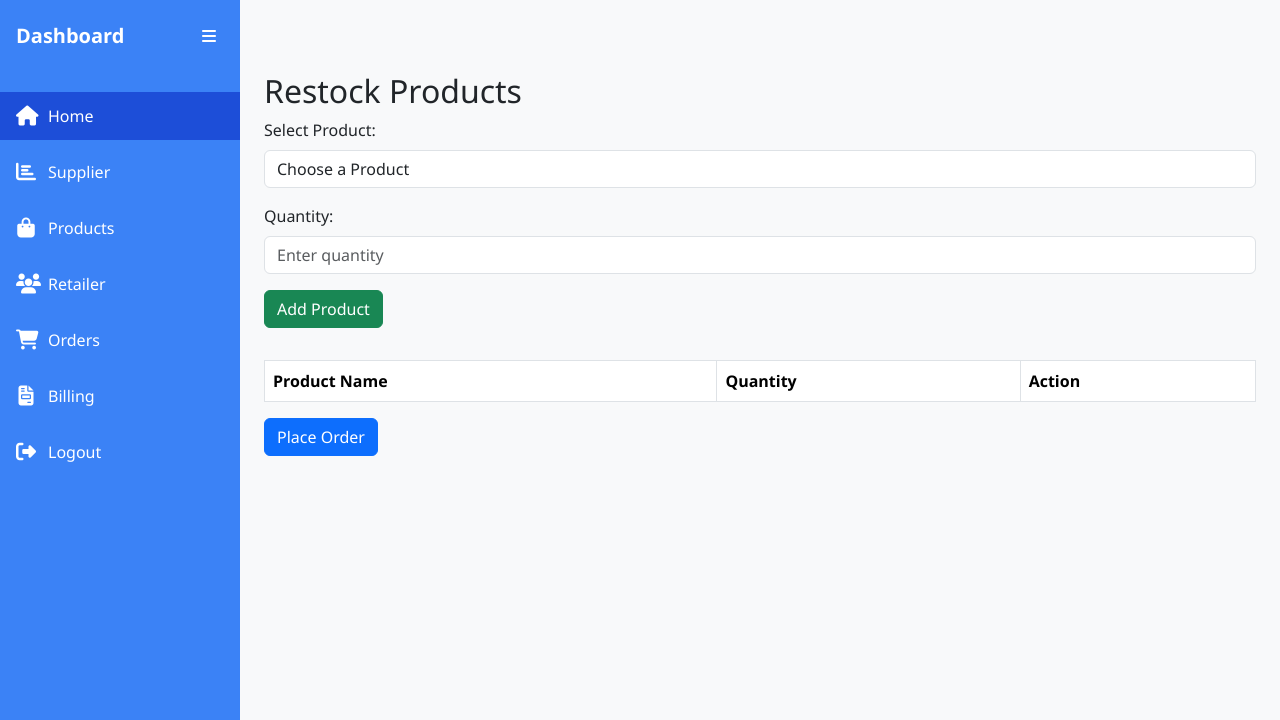
Repository: AditiAjitSalvi/Inventory_Managment
Page: http://localhost/Paper_inventory/NewFile.jsp
The author's editor kept a copy of each file at every save. The page is drawn from the files as they stood at one save, then again after the next save.
The browser window is 1280 px wide. The pictures show the whole page.
The page is served by Tomcat 10. Queries for data that is not in the repository find no rows.

Above is the page before, as saved 2025-06-04 14:03:10.
Console error: SyntaxError: Unexpected end of input

After the next save:
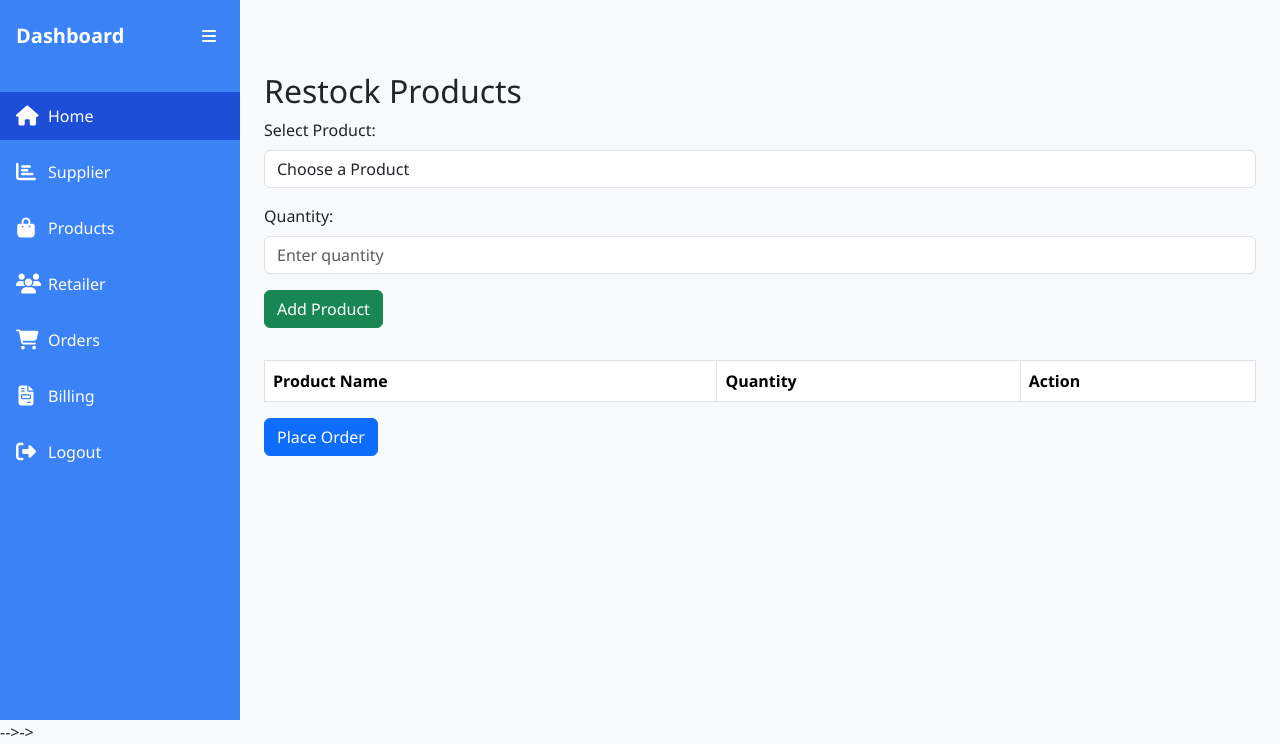
Saved 22 s later.
--- a/Paper_inventory/Paper_inventory/src/main/webapp/NewFile.jsp
+++ b/Paper_inventory/Paper_inventory/src/main/webapp/NewFile.jsp
@@ -450,7 +450,7 @@ body {
     // Remove row
     row.remove();
   }
-</script>
+</script>-->->
 
 
 </body>
